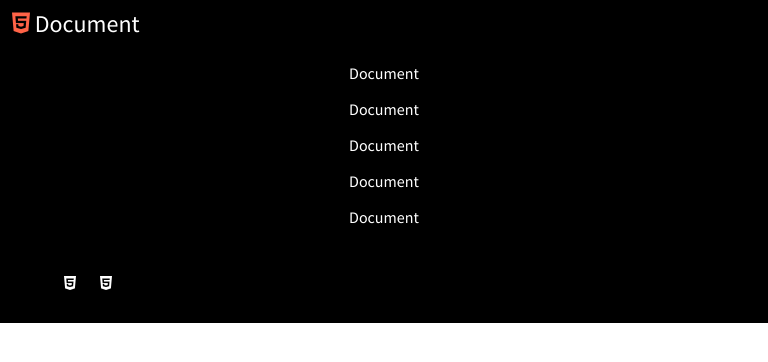
Repository: GoodHoneyCake/Dream_Coding_Academy2
Page: index.html
The author's editor kept a copy of each file at every save. The page is drawn from the files as they stood at one save, then again after the next save.
The browser window is 768 px wide. The pictures show the whole page.
Some web libraries are served in a nearby version.

Above is the page before, as saved 2021-01-07 16:37:49.

### index.html
<!DOCTYPE html>
<html lang="en">
  <head>
    <meta charset="UTF-8" />
    <meta name="viewport" content="width=device-width, initial-scale=1.0" />
    <title>Document</title>
    <link rel="stylesheet" href="style.css" />
    <link rel="preconnect" href="https://fonts.gstatic.com" />
    <link
      href="https://fonts.googleapis.com/css2?family=Source+Sans+Pro&display=swap"
      rel="stylesheet"
    />
    <script
      src="https://kit.fontawesome.com/c90a48a564.js"
      crossorigin="anonymous"
    ></script>
  </head>
  <body>
    <nav class="navbar">
      <div class="navbar__logo">
        <i class="fab fa-html5"></i>
        <a href="">Document</a>
      </div>
      <ul class="navbar__menu">
        <li><a href="">Document</a></li>
        <li><a href="">Document</a></li>
        <li><a href="">Document</a></li>
        <li><a href="">Document</a></li>
        <li><a href="">Document</a></li>
      </ul>
      <ul class="navbar__icons">
        <li><i class="fab fa-html5"></i></li>
        <li><i class="fab fa-html5"></i></li>
      </ul>
    </nav>
  </body>
</html>

### style.css
body {
  margin: 0;
  font-family: "Source Sans Pro", sans-serif;
}

a {
  text-decoration: none;
  color: white;
}

.navbar {
  display: flex;
  justify-content: space-between;
  align-items: center;
  background-color: black;
  padding: 8px 12px;
}

.navbar__logo {
  font-size: 24px;
  color: white;
}

.navbar__logo i {
  color: tomato;
}

.navbar__menu {
  display: flex;
  list-style: none;
  padding-left: 0;
}

.navbar__menu li {
  padding: 8px 12px;
}

.navbar__menu li:hover {
  background-color: gold;
  border-radius: 4px;
}

.navbar__icons {
  list-style: none;
  color: white;
  display: flex;
}

.navbar__icons i {
  padding: 8px 12px;
}

@media screen and (max-width: 768px) {
  .navbar {
    flex-direction: column;
    align-items: flex-start;
  }

  .navbar__menu {
    flex-direction: column;
    align-items: center;
    width: 100%;
  }

  .navbar__menu li {
    width: 100%;
    text-align: center;
  }
}

After the next save:
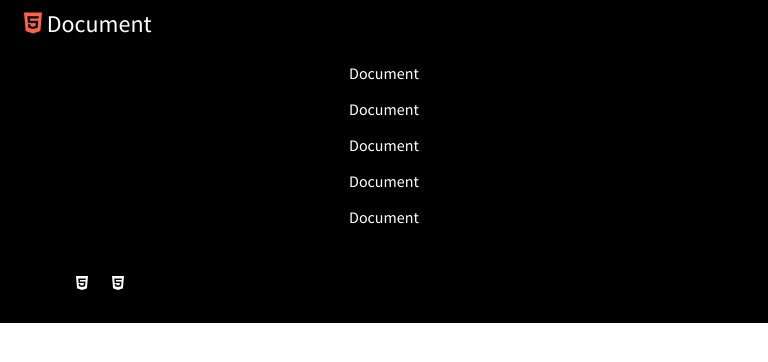
Saved 18 s later.
--- a/style.css
+++ b/style.css
@@ -54,6 +54,7 @@
   .navbar {
     flex-direction: column;
     align-items: flex-start;
+    padding: 8px 24px;
   }
 
   .navbar__menu {
